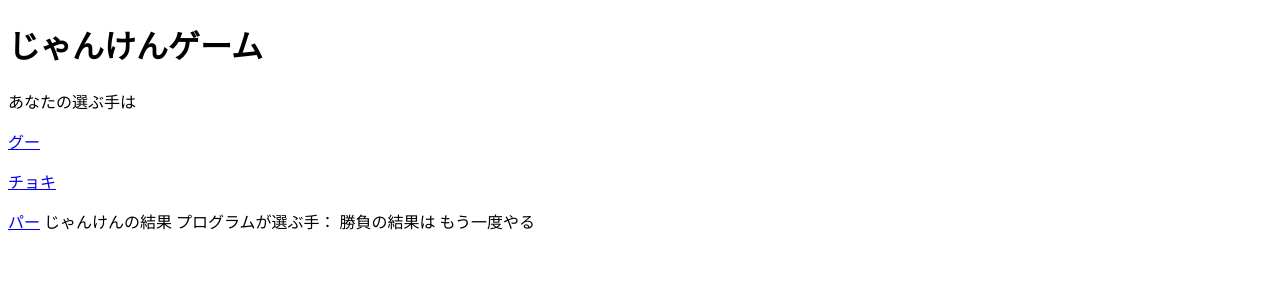
Repository: jh0612/2021_Azure_study
Page: Demoforme/Myproj2/src/main/webapp/Jyanken.html
These files come from the project's save history. The page is drawn as it stood at one moment and after the next save; the edit follows.
The browser window is 1280 px wide. The pictures show the whole page.

Above is the page before, as saved 2021-12-08 05:43:47.

### Demoforme/Myproj2/src/main/webapp/Jyanken.html
<!DOCTYPE html>
<html lang="ja">
<head>
<meta charset="UTF-8">
<title>じゃんけんゲーム</title>
</head>
<body>
	<h1>じゃんけんゲーム</h1>
	<p>あなたの選ぶ手は
	<p><a href="JyankenServlet?te=グー">グー</a>
	<p><a href="JyankenServlet?te=チョキ">チョキ</a>
	<p><a href="JyankenServlet?te=パー">パー</a>

じゃんけんの結果
プログラムが選ぶ手：
勝負の結果は
もう一度やる


</body>
</html>

After the next save:
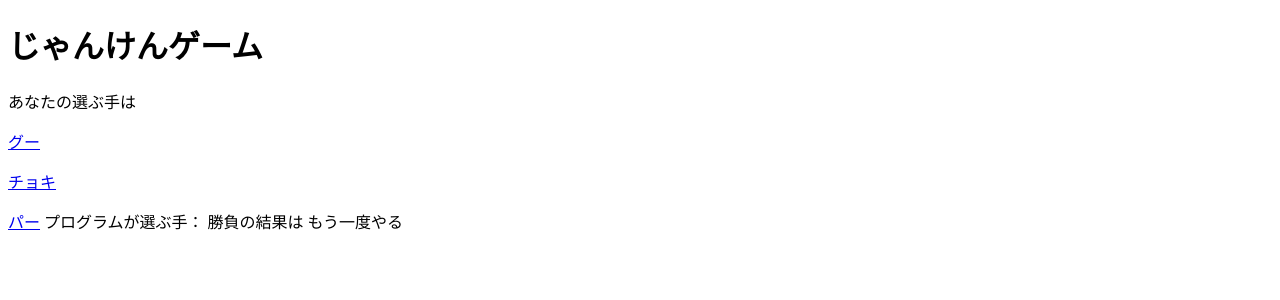
Saved 23 s later.
--- a/Demoforme/Myproj2/src/main/webapp/Jyanken.html
+++ b/Demoforme/Myproj2/src/main/webapp/Jyanken.html
@@ -11,7 +11,7 @@
 	<p><a href="JyankenServlet?te=チョキ">チョキ</a>
 	<p><a href="JyankenServlet?te=パー">パー</a>
 
-じゃんけんの結果
+
 プログラムが選ぶ手：
 勝負の結果は
 もう一度やる
